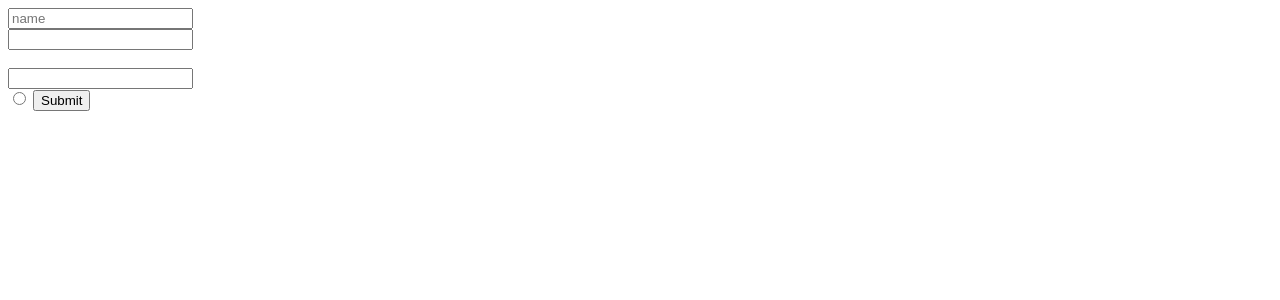
Repository: sauran/SapientTraining
Page: WebDemo/WebContent/ControlDemo.html
These files come from the project's save history. The page is drawn as it stood at one moment and after the next save; the edit follows.
The browser window is 1280 px wide. The pictures show the whole page.

Above is the page before, as saved 2015-09-17 08:34:32.

### WebDemo/WebContent/ControlDemo.html
<!DOCTYPE html>
<html>
<head>
<meta charset="ISO-8859-1">
<title>Insert title here</title>
</head>
<body>
<form>
<input type="text"  name = "name"   placeholder= "name">
 <br> <input type="text" name="username"><br>
<br> <input type="password" name="password"><br>
<input  type = "radio"   name = "sex"  value= "male">
<input  type = "submit"  name = "click"  >


</form>
</body>
</html>

After the next save:
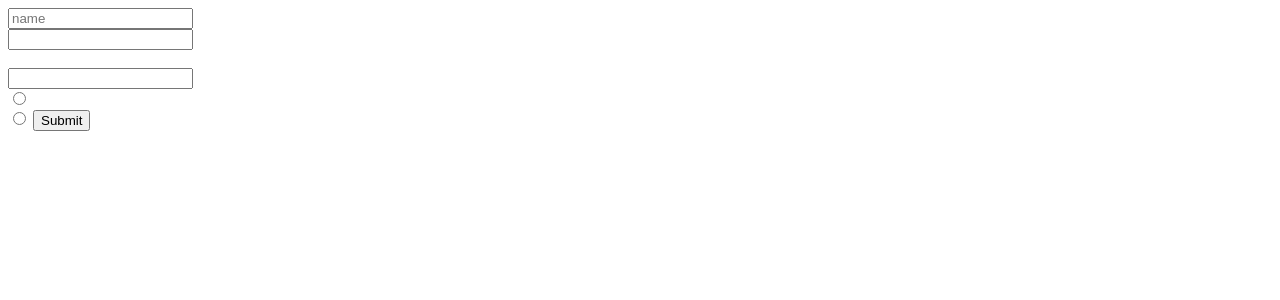
Saved 77 s later.
--- a/WebDemo/WebContent/ControlDemo.html
+++ b/WebDemo/WebContent/ControlDemo.html
@@ -9,7 +9,9 @@
 <input type="text"  name = "name"   placeholder= "name">
  <br> <input type="text" name="username"><br>
 <br> <input type="password" name="password"><br>
-<input  type = "radio"   name = "sex"  value= "male">
+<input  type = "radio"   name = "sex"  value= "male"><br>
+<input  type = "radio"   name = "sex"  value= "female">
+
 <input  type = "submit"  name = "click"  >
 
 
